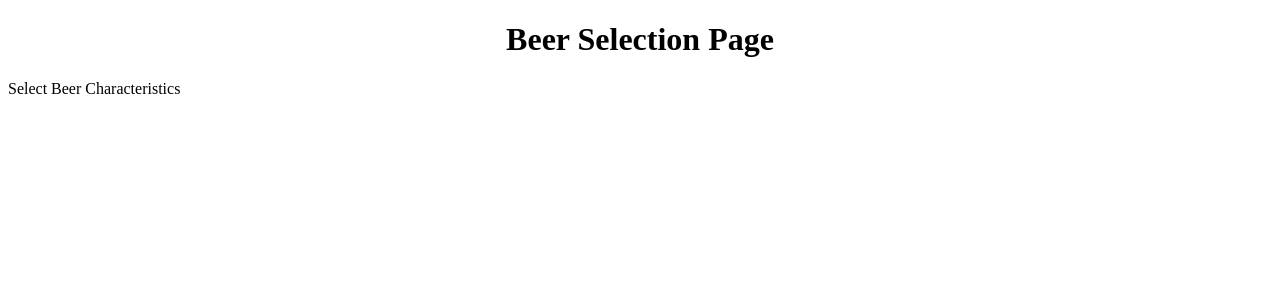
Repository: Siddhant1401/Aurionpro-J2EE
Page: 07-BEER-APP/WebContent/form.html
The author's editor kept a copy of each file at every save. The page is drawn from the files as they stood at one save, then again after the next save.
The browser window is 1280 px wide. The pictures show the whole page.

Above is the page before, as saved 2023-10-14 05:28:09.

### 07-BEER-APP/WebContent/form.html
<!DOCTYPE html>
<html>
<head>
<meta charset="ISO-8859-1">
<title>Insert title here</title>
</head>
<body>
	<h1 align="center">Beer Selection Page</h1>
	<form action="SelectBeer.do" method="POST">
	<p>Select Beer Characteristics</p>
	</form>
</body>
</html>

After the next save:
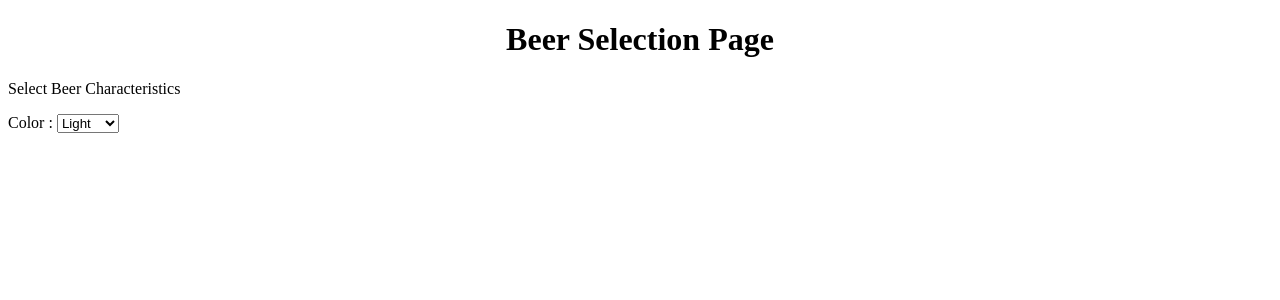
Saved 96 s later.
--- a/07-BEER-APP/WebContent/form.html
+++ b/07-BEER-APP/WebContent/form.html
@@ -8,6 +8,13 @@
 	<h1 align="center">Beer Selection Page</h1>
 	<form action="SelectBeer.do" method="POST">
 	<p>Select Beer Characteristics</p>
+	Color :
+	<select name="color" size="1">
+		<option value="light">Light</option>
+		<option value="amber">Amber</option>
+		<option value="brown">Brown</option>
+		<option value="dark">Dark</option>
+	</select>
 	</form>
 </body>
 </html>
